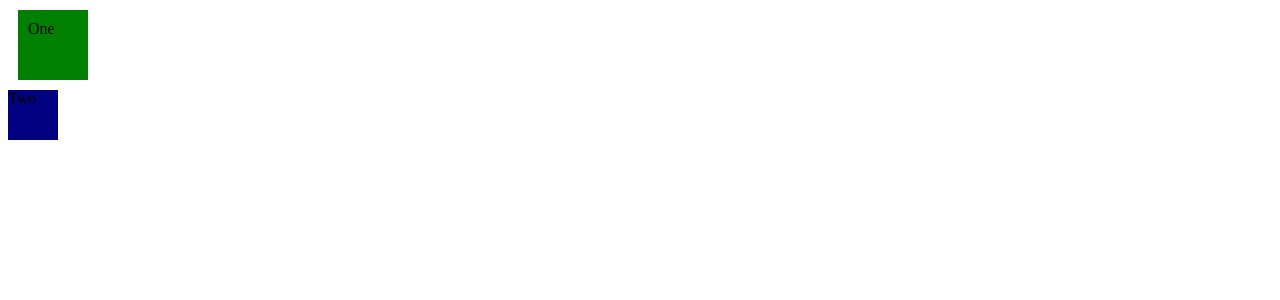
Repository: Peacepapi/1702Java
Page: web/src/main/webapp/box.html
An editor plug-in stored every save of this project. The page is shown before and after the next save, followed by the edit.
The browser window is 1280 px wide. The pictures show the whole page.

Above is the page before, as saved 2017-02-24 18:15:43.

After the next save:
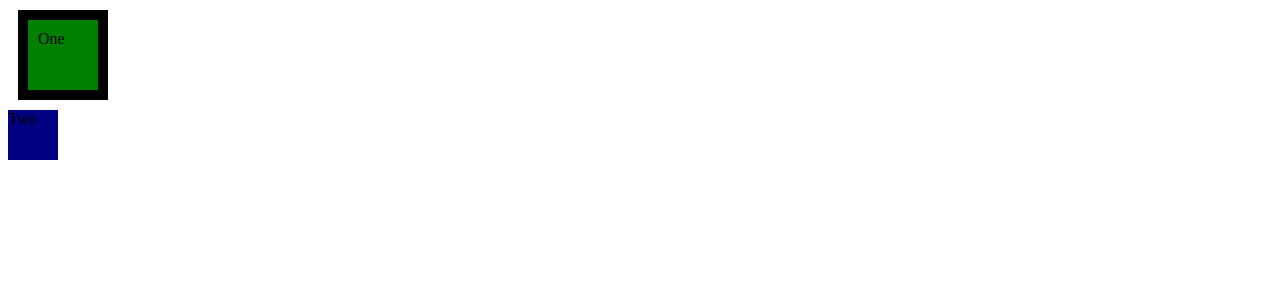
Saved 6 s later.
--- a/web/src/main/webapp/box.html
+++ b/web/src/main/webapp/box.html
@@ -11,7 +11,6 @@
 	border-style: solid;
 	border-color: black;
 	border-width: 10px;
-	border: 10px;
 	padding: 10px;
 	margin: 10px;
 }
